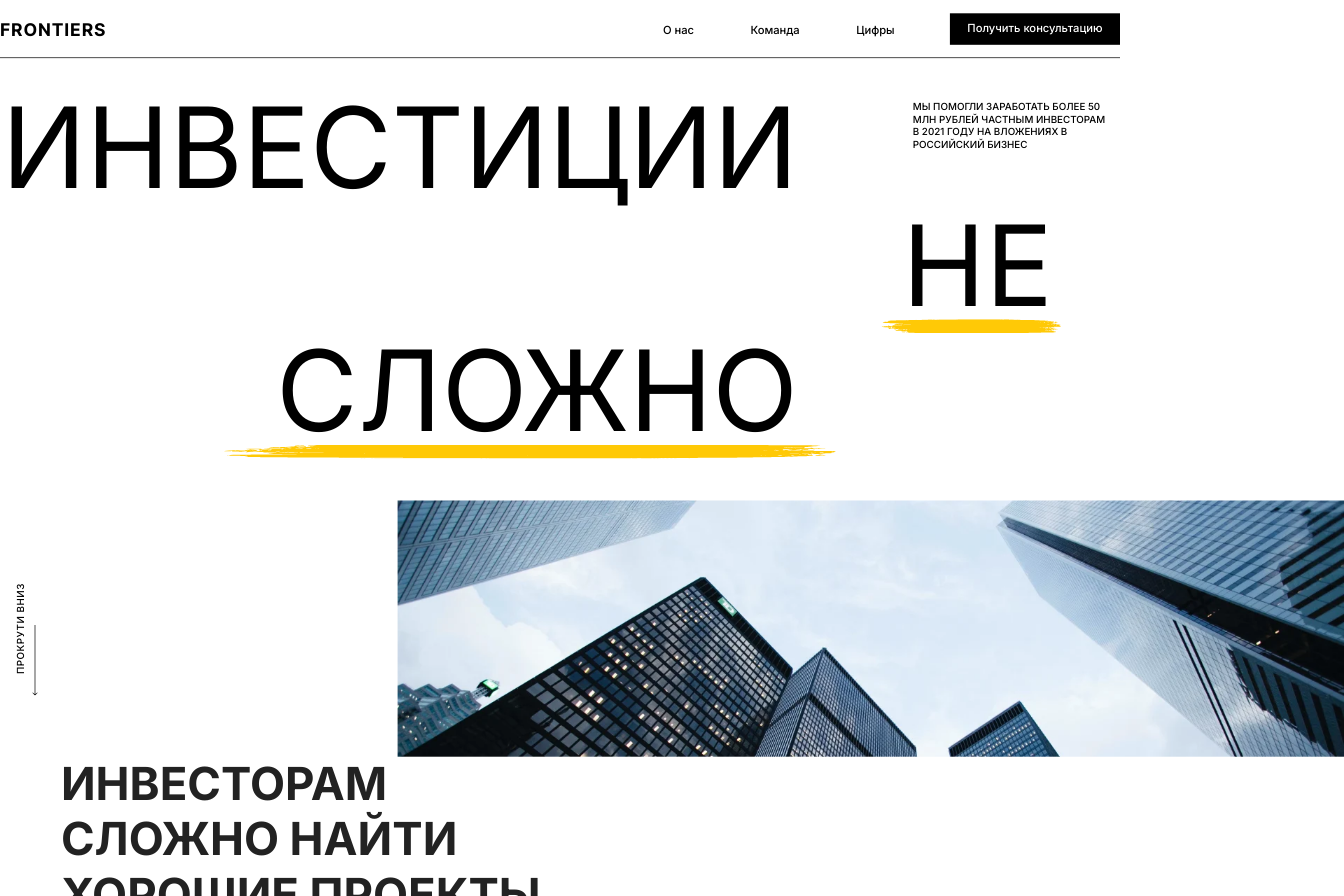
Repository: NadyaKorvin/frontiers
Page: /
These files come from the project's save history. The page is drawn as it stood at one moment and after the next save; the edit follows.
The browser window is 1280 px wide. The page is 1920 px wide, so the pictures cover 1920 px, including what lies to the right of the window. The pictures show the part of the page from y = 0 to 1280 px (the page is 2633 px tall), at 70% of full size.
The project was rebuilt for these pictures with package versions that can differ from the ones it lists, and the page was loaded fresh each time.

Above is the page before, as saved 2022-05-26 17:53:21.

After the next save:
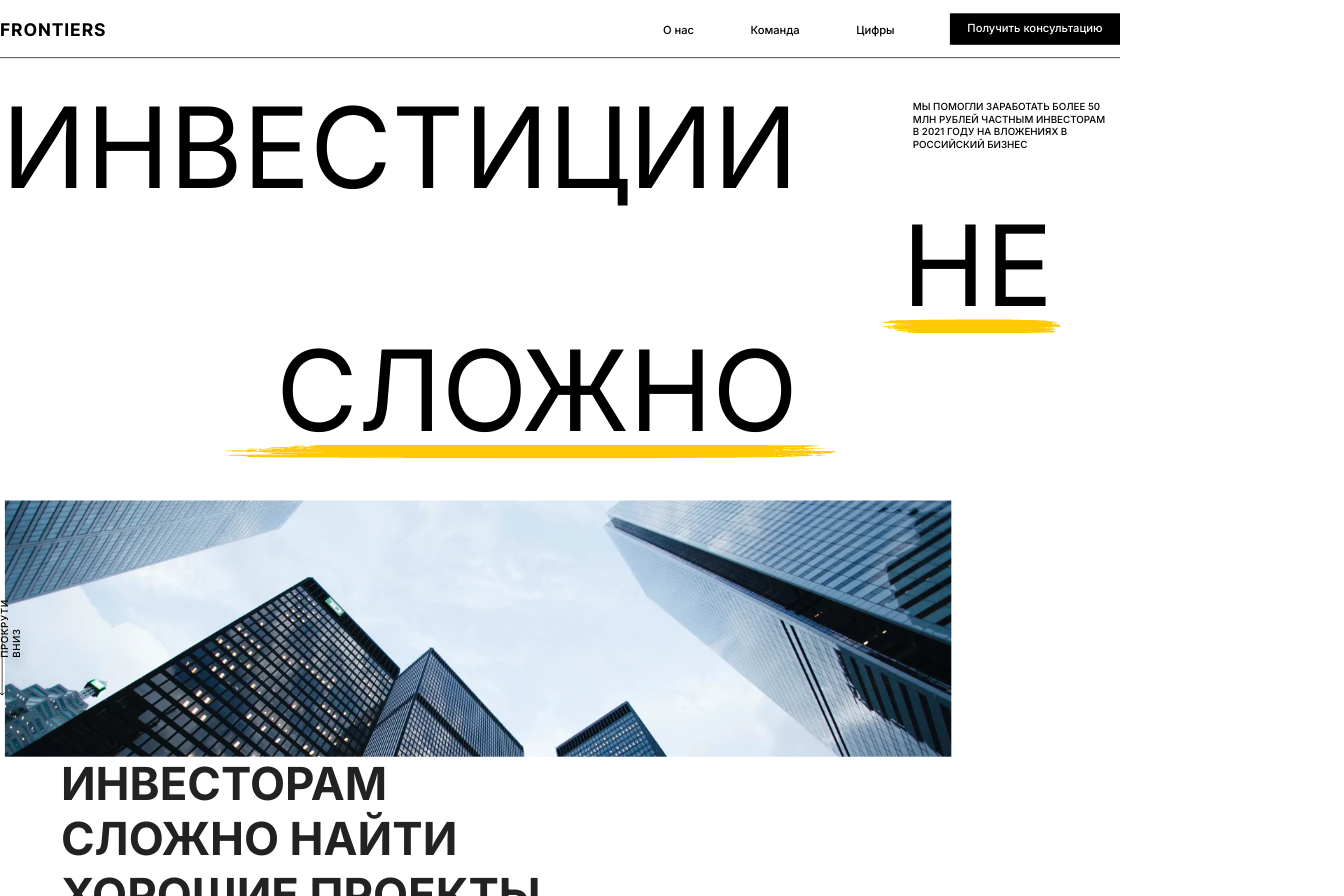
Saved 24 s later.
--- a/src/components/firstScreen/FirstScreen.css
+++ b/src/components/firstScreen/FirstScreen.css
@@ -138,7 +138,7 @@
 .firstscreen__content_bottom_content {
   margin: 0 auto;
   margin-top: 60px;
-  width: 1920px;
+  max-width: 1920px;
   display: flex;
   justify-content: space-between;
 }
